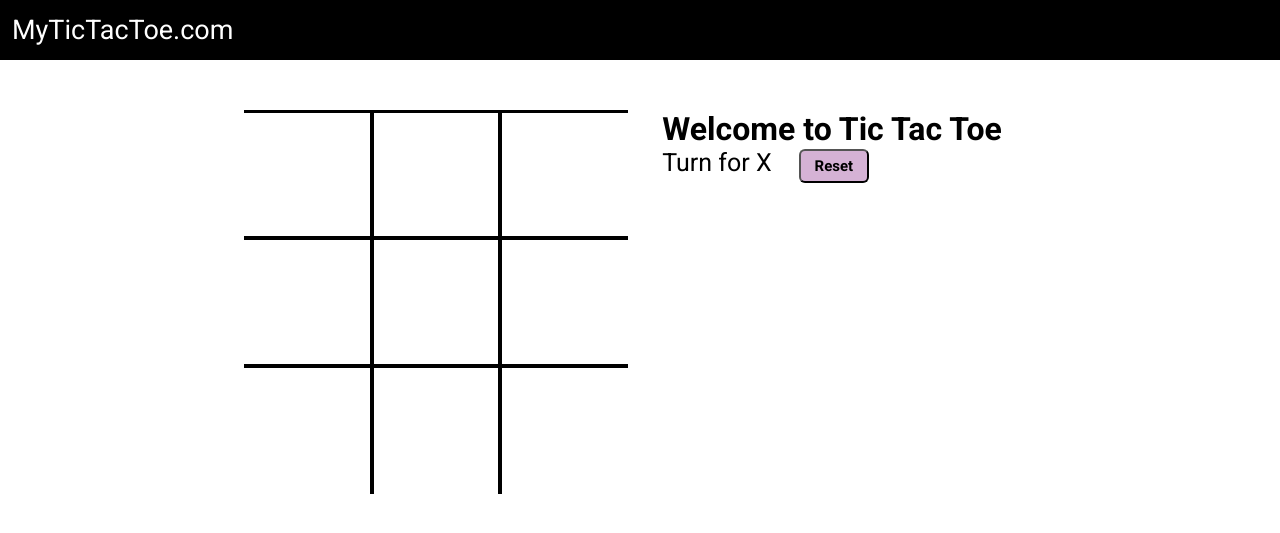
Repository: AshwinUgale/TicTacToe
Page: index.html
An editor plug-in stored every save of this project. The page is shown before and after the next save, followed by the edit.
The browser window is 1280 px wide. The pictures show the whole page.

Above is the page before, as saved 2024-12-19 13:16:46.

After the next save:
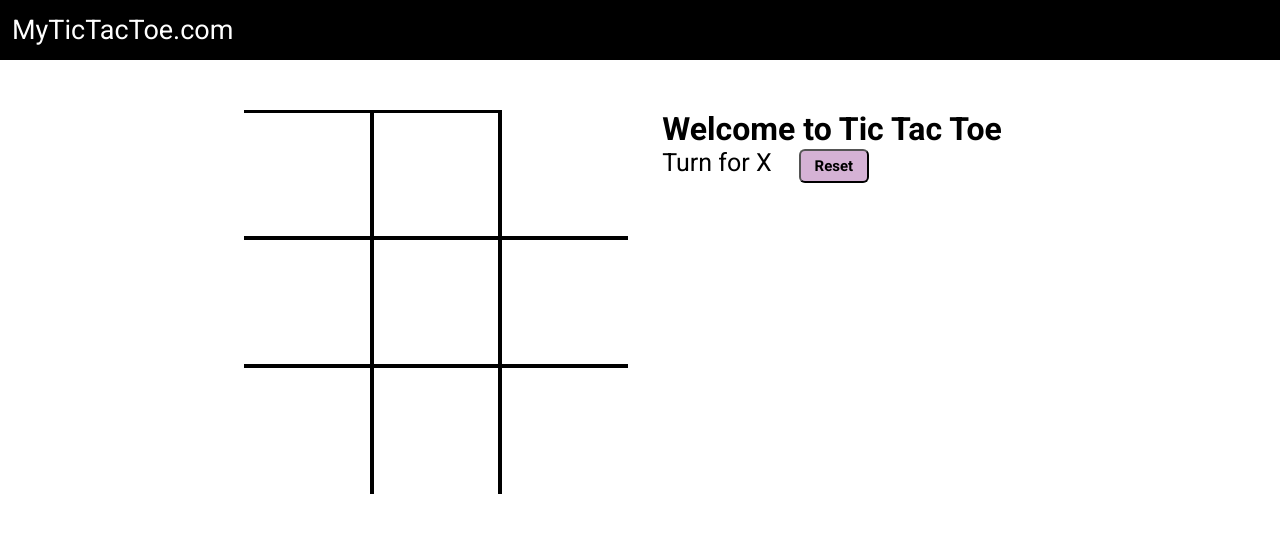
Saved 3 min 8 s later.
--- a/style.css
+++ b/style.css
@@ -86,7 +86,7 @@ nav ul{
 
 .line{
     background-color: black;
-    width: 30vw;
+    width: 20vw;
     height:3px;
     position: absolute;
 }
